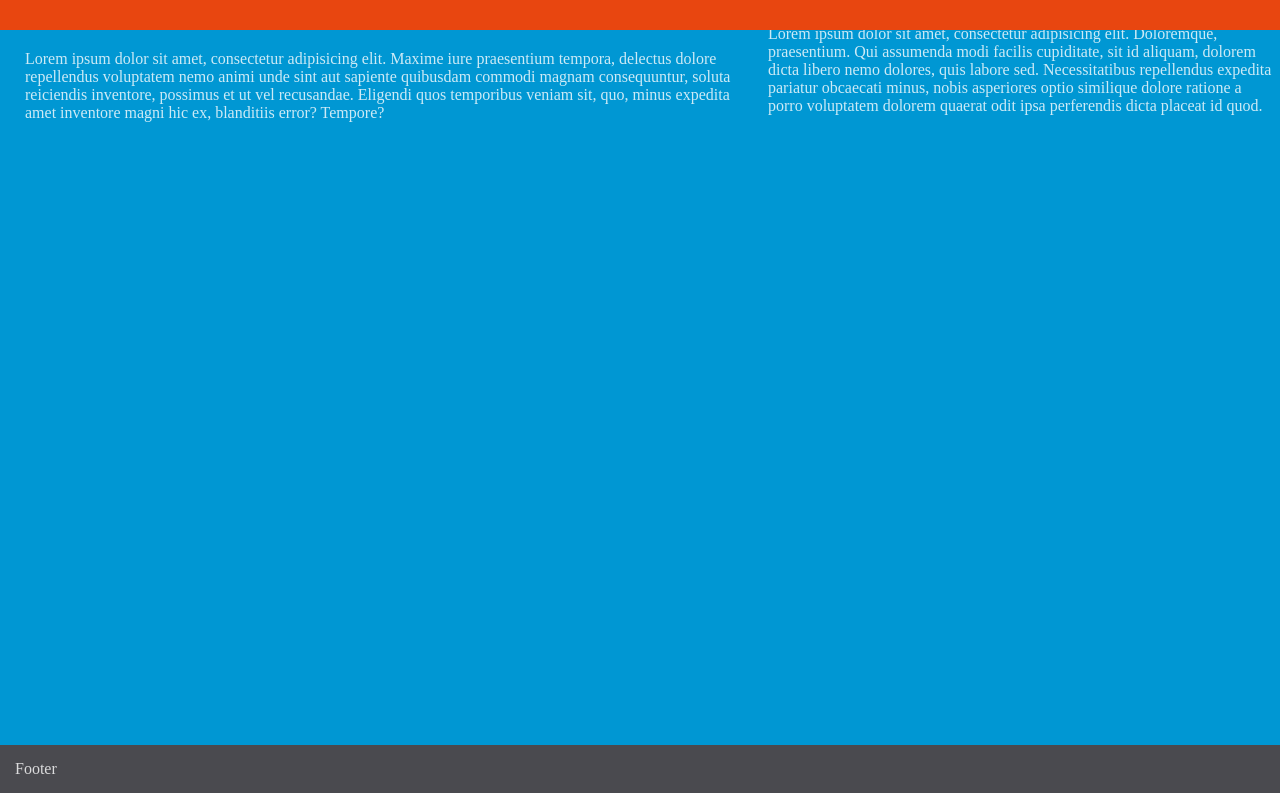
Repository: jdtiding/Responsive_Design
Page: index.html
The author's editor kept a record of every edit. The page is drawn from the files as they stood at one moment, then again after the next edit.
The browser window is 1280 px wide. The pictures show the whole page.

Above is the page before.

After the next edit:
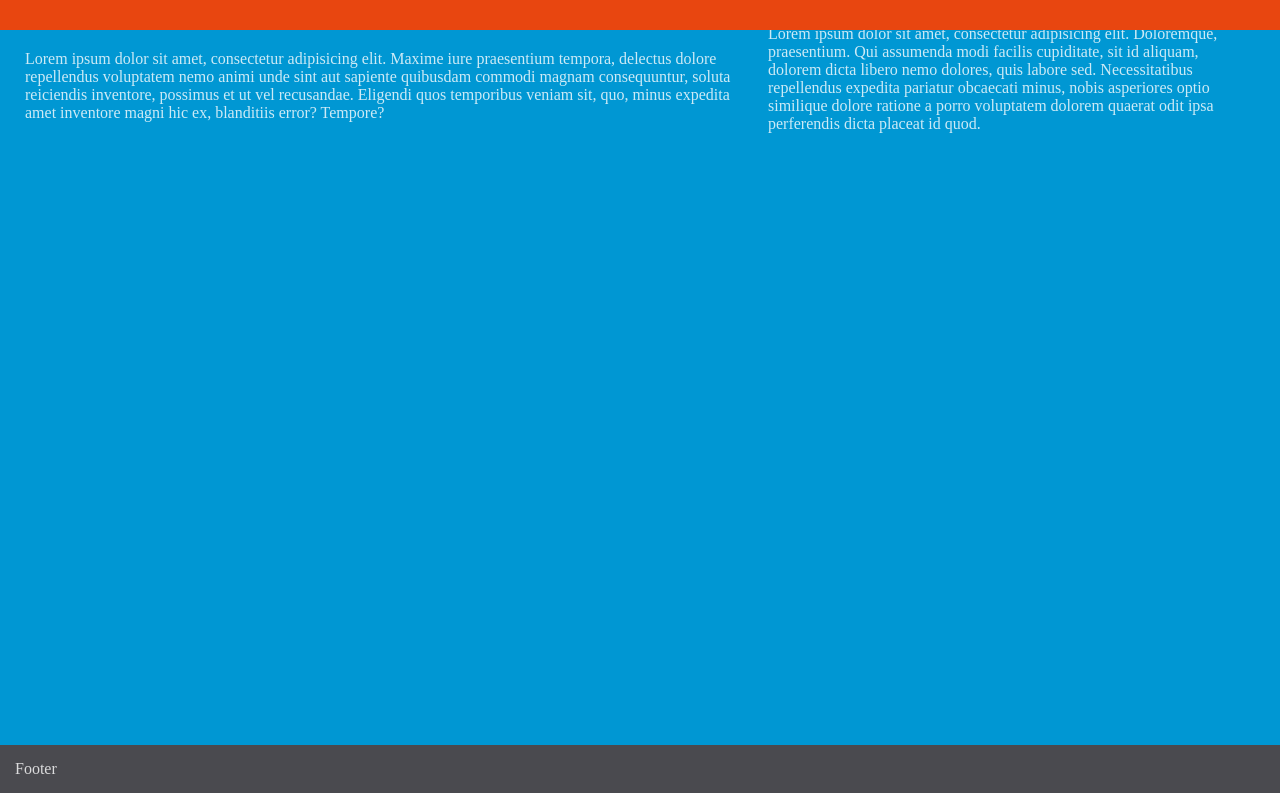
The edit:
--- a/index.html
+++ b/index.html
@@ -19,8 +19,9 @@
                 </p>
             </article>
             <aside class="aside column column-40"></aside>
-            <p class="section-paragraph"></p>
+            <p class="section-paragraph">
             Lorem ipsum dolor sit amet, consectetur adipisicing elit. Doloremque, praesentium. Qui assumenda modi facilis cupiditate, sit id aliquam, dolorem dicta libero nemo dolores, quis labore sed. Necessitatibus repellendus expedita pariatur obcaecati minus, nobis asperiores optio similique dolore ratione a porro voluptatem dolorem quaerat odit ipsa perferendis dicta placeat id quod.
+            </p>
         </section>
         <footer class="footer">
             Footer
